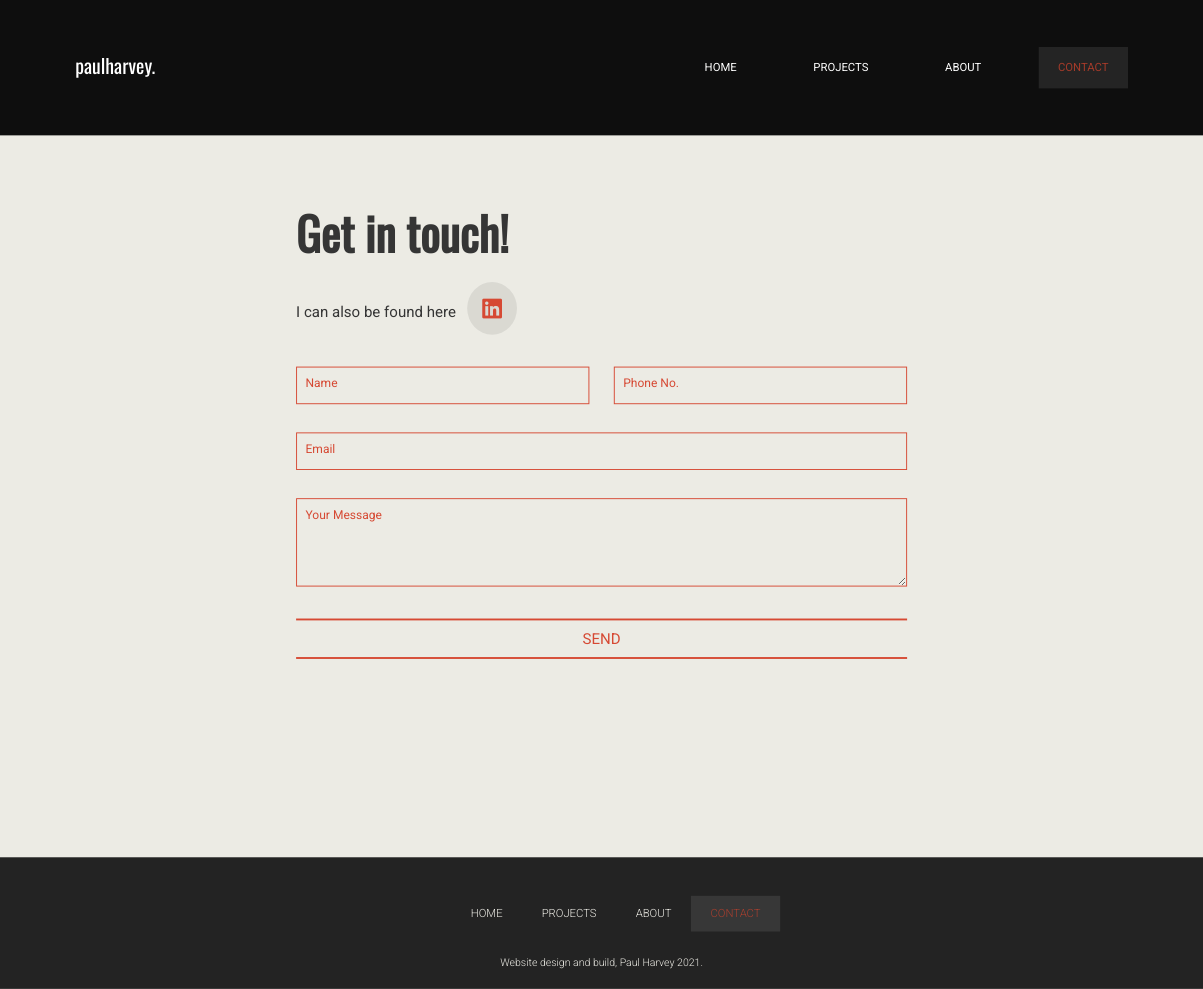
Repository: pavhns20/my-new-portfolio
Page: www/contact.html
The author's editor kept a copy of each file at every save. The page is drawn from the files as they stood at one save, then again after the next save.
The browser window is 1280 px wide. The pictures show the whole page, at 94% of full size.
Some web libraries are served in a nearby version.

Above is the page before, as saved 2022-01-10 19:25:26.
Console error: TypeError: Cannot read properties of null (reading 'addEventListener')

After the next save:
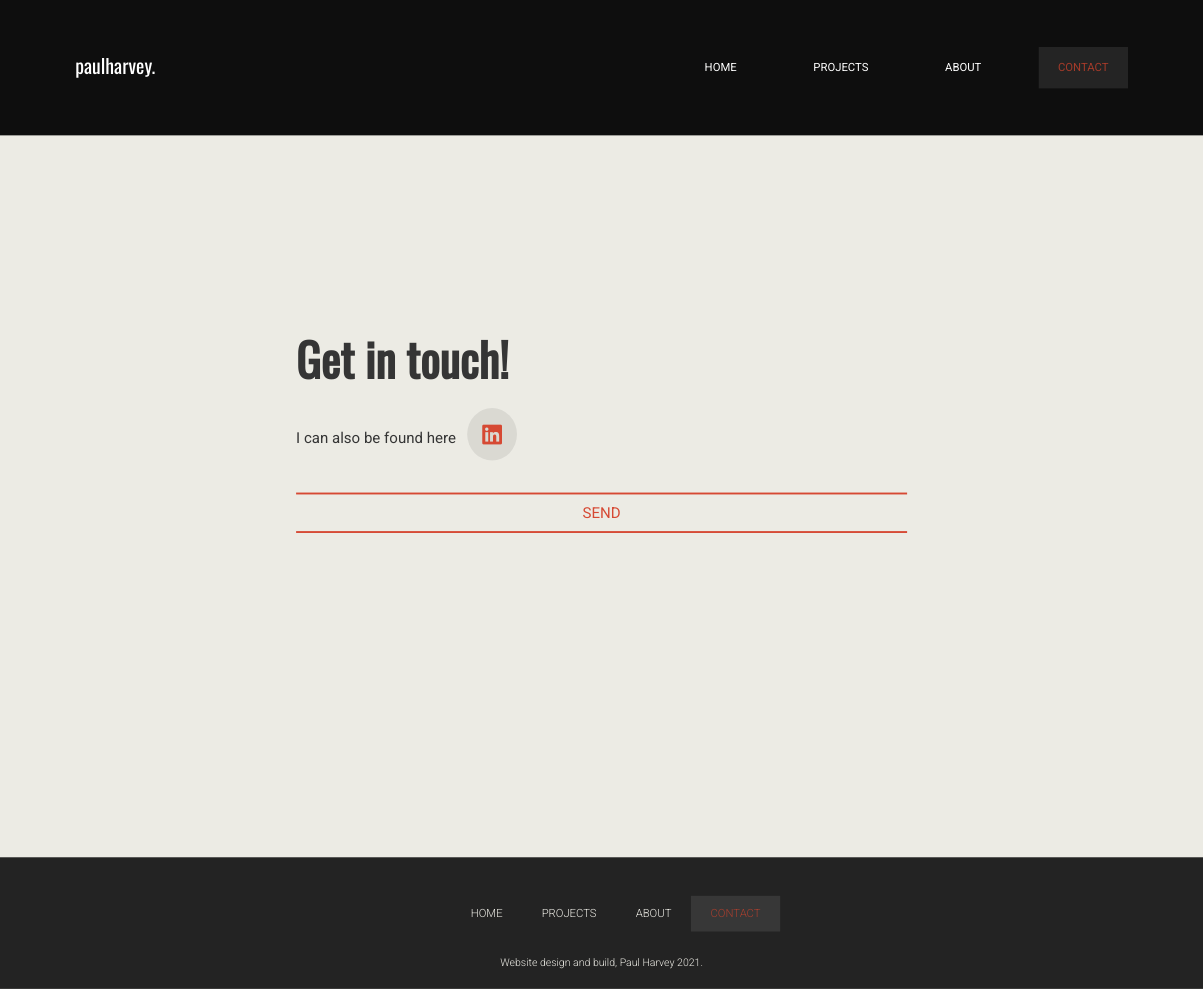
Saved 14 h 28 min later.
--- a/www/contact.html
+++ b/www/contact.html
@@ -94,7 +94,7 @@
 					></span>
 					<br /><br />
 
-					<form
+					<!-- <form
 						action="https://formsubmit.co/paulharvey1@gmail.com"
 						method="POST"
 					>
@@ -124,7 +124,7 @@
 						<div class="input-group">
 							<textarea id="message" cols="1" rows="4" required></textarea>
 							<label for="message">Your Message</label>
-						</div>
+						</div> -->
 						<!-- <button type="submit">SUBMIT</button> -->
 					</form>
 
